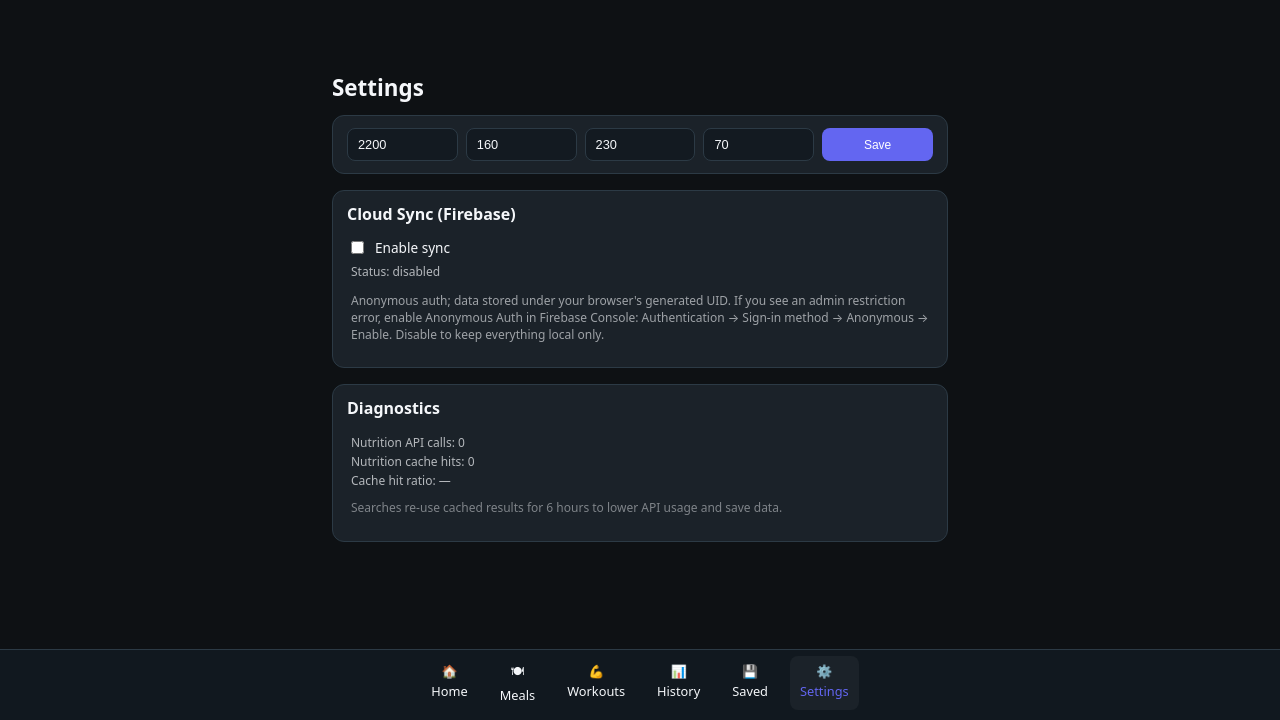
Repository: Ethxmnhz/minpline
Page: /settings
An editor plug-in stored every save of this project. The page is shown before and after the next save, followed by the edit.
The browser window is 1280 px wide. The pictures show the whole page.
The project was rebuilt for these pictures with package versions that can differ from the ones it lists, and the page was loaded fresh each time. Also part of the build but not shown: vite.config.ts, src/ui/ProgressBar.tsx, src/data/foods-indian.ts, src/services/nutritionApi.ts, src/ui/QuickFoodAdd.tsx, src/pages/Dashboard.tsx, src/pages/Meals.tsx, src/pages/Workouts.tsx and 2 more.

Above is the page before, as saved 2025-09-14 23:00:35.

After the next save:
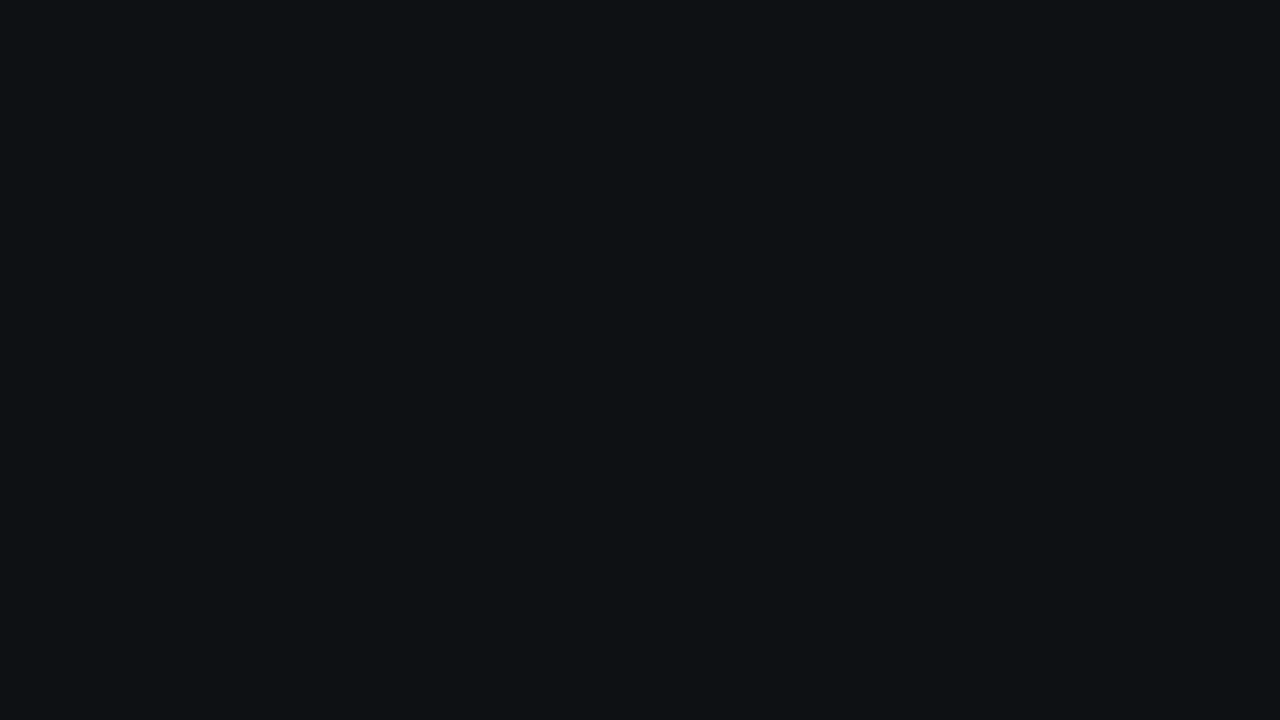
Console error: TypeError: Cannot read properties of undefined (reading 'nutritionCalls')
Saved 4 min 35 s later.
--- a/src/state/store.ts
+++ b/src/state/store.ts
@@ -11,8 +11,7 @@ export interface TrackerState {
   workouts: Workout[];
   mealTemplates: MealTemplate[];
   workoutSets: Record<string, { pushups: number; pullups: number; legs: number; }>;
-  nutritionCache: Record<string, { ts: number; items: any[] }>;
-  apiStats: { nutritionCalls: number; cacheHits: number };
+  nutritionApiEnabled: boolean;
   cloudEnabled: boolean;
   cloudStatus: 'idle'|'syncing'|'error'|'disabled';
   lastSync: number | null;
@@ -39,6 +38,7 @@ export interface TrackerState {
   bulkAddMeals: (inputs: MealInput[]) => void;
   addFromTemplateWithMultiplier: (templateId: string, multiplier: number) => void;
   setWorkoutSetCount: (date: Date, kind: 'pushups'|'pullups'|'legs', count: number) => void;
+  setNutritionApiEnabled: (v: boolean) => void;
   enableCloud: (v: boolean) => void;
   markSyncing: () => void;
   markSynced: () => void;
@@ -46,14 +46,13 @@ export interface TrackerState {
   setCloudError: (msg: string|null) => void;
   exportData: () => any;
   importData: (data: any) => void;
-  cacheNutrition: (query: string, items: any[]) => void;
-  getCachedNutrition: (query: string) => any[] | null;
-  incNutritionCall: () => void;
-  incNutritionCacheHit: () => void;
 }
 
 const todayStart = () => startOfDay(new Date());
-const workoutKey = (date: Date) => startOfDay(date).toISOString().replace(/\..+Z$/, 'Z').replace(/\./g,'_');
+const workoutKey = (date: Date) => {
+  const d = startOfDay(date);
+  return d.toISOString().slice(0,10); // YYYY-MM-DD
+};
 
 export const useStore = create<TrackerState>()(persist((set, get) => ({
   today: todayStart(),
@@ -62,8 +61,7 @@ export const useStore = create<TrackerState>()(persist((set, get) => ({
   workouts: [],
   mealTemplates: [],
   workoutSets: {},
-  nutritionCache: {},
-  apiStats: { nutritionCalls: 0, cacheHits: 0 },
+  nutritionApiEnabled: true,
   cloudEnabled: false,
   cloudStatus: 'disabled',
   lastSync: null,
@@ -105,27 +103,19 @@ export const useStore = create<TrackerState>()(persist((set, get) => ({
     const existing = s.workoutSets[key] || { pushups:0, pullups:0, legs:0 };
     return { workoutSets: { ...s.workoutSets, [key]: { ...existing, [kind]: count } } };
   }),
+  setNutritionApiEnabled: (v) => set({ nutritionApiEnabled: v }),
   enableCloud: (v) => set(s => ({ cloudEnabled: v, cloudStatus: v ? 'idle' : 'disabled' })),
   markSyncing: () => set({ cloudStatus: 'syncing' }),
   markSynced: () => set({ cloudStatus: 'idle', lastSync: Date.now() }),
   markSyncError: () => set({ cloudStatus: 'error' }),
   setCloudError: (msg) => set({ cloudError: msg }),
-  cacheNutrition: (query, items) => set(s => ({ nutritionCache: { ...s.nutritionCache, [query]: { ts: Date.now(), items } } })),
-  getCachedNutrition: (query) => {
-    const entry = get().nutritionCache[query];
-    if (!entry) return null;
-    // TTL 6 hours
-    if (Date.now() - entry.ts > 6 * 60 * 60 * 1000) return null;
-    return entry.items;
-  },
-  incNutritionCall: () => set(s => ({ apiStats: { ...s.apiStats, nutritionCalls: s.apiStats.nutritionCalls + 1 } })),
-  incNutritionCacheHit: () => set(s => ({ apiStats: { ...s.apiStats, cacheHits: s.apiStats.cacheHits + 1 } })),
   exportData: () => {
     const s = get();
     const sanitizeMap = (obj: Record<string, any>) => {
       const out: Record<string, any> = {};
       for (const [k,v] of Object.entries(obj||{})) {
-        const safe = k.replace(/\..+Z$/, 'Z').replace(/\./g,'_');
+        // convert any legacy ISO key to YYYY-MM-DD
+        const safe = k.includes('T') ? k.slice(0,10) : k;
         out[safe] = v;
       }
       return out;
@@ -136,14 +126,13 @@ export const useStore = create<TrackerState>()(persist((set, get) => ({
       set({ workoutSets });
     }
     return {
-      version: 2,
+      version: 3,
       goals: s.goals,
       meals: s.meals,
       workouts: s.workouts,
       mealTemplates: s.mealTemplates,
       workoutSets,
-      nutritionCache: s.nutritionCache,
-      apiStats: s.apiStats
+      nutritionApiEnabled: s.nutritionApiEnabled
     };
   },
   importData: (data: any) => {
@@ -151,7 +140,7 @@ export const useStore = create<TrackerState>()(persist((set, get) => ({
     const sanitizeMap = (obj: Record<string, any>) => {
       const out: Record<string, any> = {};
       for (const [k,v] of Object.entries(obj||{})) {
-        const safe = k.replace(/\..+Z$/, 'Z').replace(/\./g,'_');
+        const safe = k.includes('T') ? k.slice(0,10) : k;
         out[safe] = v;
       }
       return out;
@@ -162,12 +151,11 @@ export const useStore = create<TrackerState>()(persist((set, get) => ({
       workouts: Array.isArray(data.workouts) ? data.workouts : s.workouts,
       mealTemplates: Array.isArray(data.mealTemplates) ? data.mealTemplates : s.mealTemplates,
       workoutSets: sanitizeMap(data.workoutSets || s.workoutSets),
-      nutritionCache: data.nutritionCache || s.nutritionCache,
-      apiStats: data.apiStats || s.apiStats
+      nutritionApiEnabled: typeof data.nutritionApiEnabled === 'boolean' ? data.nutritionApiEnabled : (s as any).nutritionApiEnabled ?? true
     }));
   }
 }), { name: 'tracker-store-v1',
-  version: 2,
+  version: 3,
   migrate: (persisted: any) => {
     if (persisted && persisted.today && typeof persisted.today === 'string') {
       try { persisted.today = new Date(persisted.today); } catch {}
@@ -177,11 +165,14 @@ export const useStore = create<TrackerState>()(persist((set, get) => ({
       const updated: Record<string, any> = {};
       for (const [k,v] of Object.entries(persisted.workoutSets)) {
         if (!k) continue;
-        const safe = k.replace(/\..+Z$/, 'Z').replace(/\./g,'_');
+        const safe = k.includes('T') ? k.slice(0,10) : k.replace(/\./g,'_');
         updated[safe] = v;
       }
       persisted.workoutSets = updated;
     }
+    if (typeof persisted.nutritionApiEnabled !== 'boolean') {
+      persisted.nutritionApiEnabled = true;
+    }
     return persisted;
   }
 }));

After the save that followed:
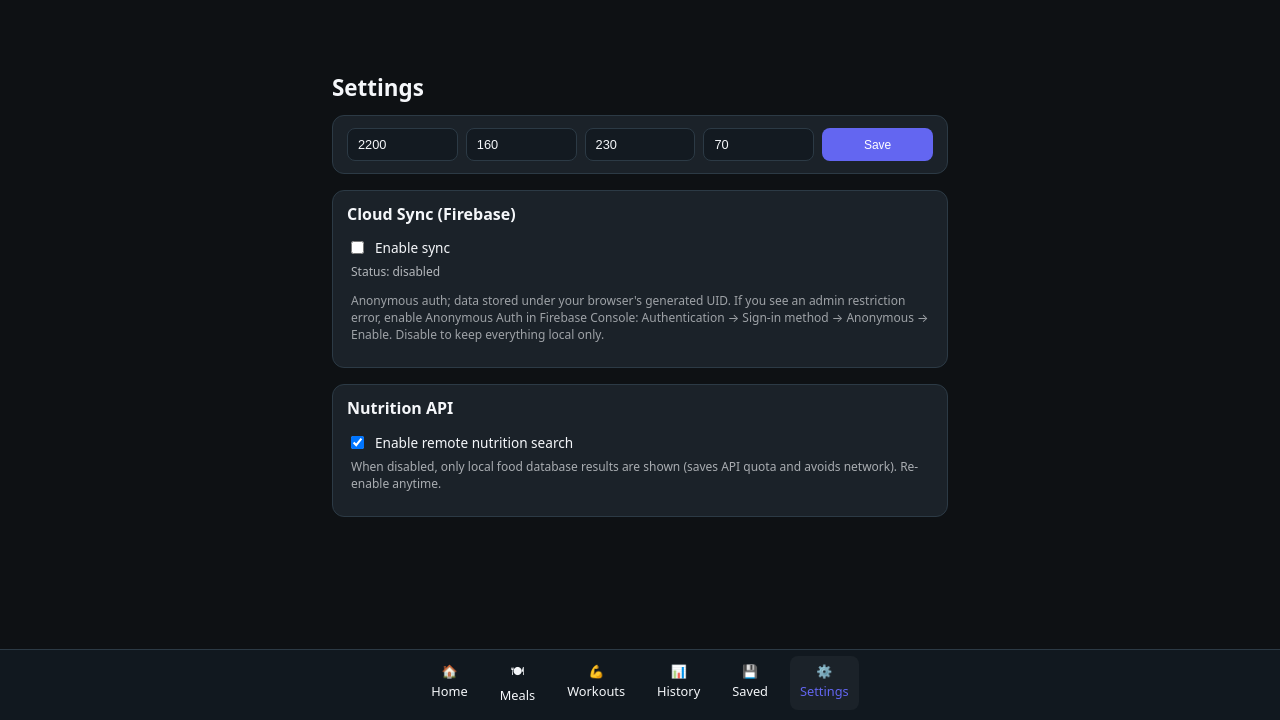
The error is gone.
Saved 9 s later.
--- a/src/pages/Settings.tsx
+++ b/src/pages/Settings.tsx
@@ -10,7 +10,8 @@ export const Settings: React.FC = () => {
   const cloudStatus = useStore(s => s.cloudStatus);
   const lastSync = useStore(s => s.lastSync);
   const cloudError = useStore(s => s.cloudError);
-  const apiStats = useStore(s => s.apiStats);
+  const nutritionApiEnabled = useStore(s => s.nutritionApiEnabled);
+  const setNutritionApiEnabled = useStore(s => s.setNutritionApiEnabled);
 
   const save = () => {
     setGoals(draft);
@@ -38,13 +39,11 @@ export const Settings: React.FC = () => {
         <p className="small" style={{opacity:.6}}>Anonymous auth; data stored under your browser's generated UID. If you see an admin restriction error, enable Anonymous Auth in Firebase Console: Authentication → Sign-in method → Anonymous → Enable. Disable to keep everything local only.</p>
       </div>
       <div className="card" style={{marginTop:16}}>
-        <h2 style={{marginTop:0, fontSize:'1rem'}}>Diagnostics</h2>
-        <div className="small" style={{lineHeight:1.6}}>
-          <div>Nutrition API calls: {apiStats.nutritionCalls}</div>
-          <div>Nutrition cache hits: {apiStats.cacheHits}</div>
-          <div>Cache hit ratio: {apiStats.nutritionCalls + apiStats.cacheHits > 0 ? ((apiStats.cacheHits / (apiStats.nutritionCalls + apiStats.cacheHits)) * 100).toFixed(1) + '%' : '—'}</div>
-          <p style={{marginTop:8, opacity:.65}}>Searches re-use cached results for 6 hours to lower API usage and save data.</p>
-        </div>
+        <h2 style={{marginTop:0, fontSize:'1rem'}}>Nutrition API</h2>
+        <label style={{display:'flex', alignItems:'center', gap:8, fontSize:'.85rem'}}>
+          <input type="checkbox" checked={nutritionApiEnabled} onChange={e=>setNutritionApiEnabled(e.target.checked)} /> Enable remote nutrition search
+        </label>
+        <p className="small" style={{opacity:.65, marginTop:6}}>When disabled, only local food database results are shown (saves API quota and avoids network). Re-enable anytime.</p>
       </div>
     </div>
   );
